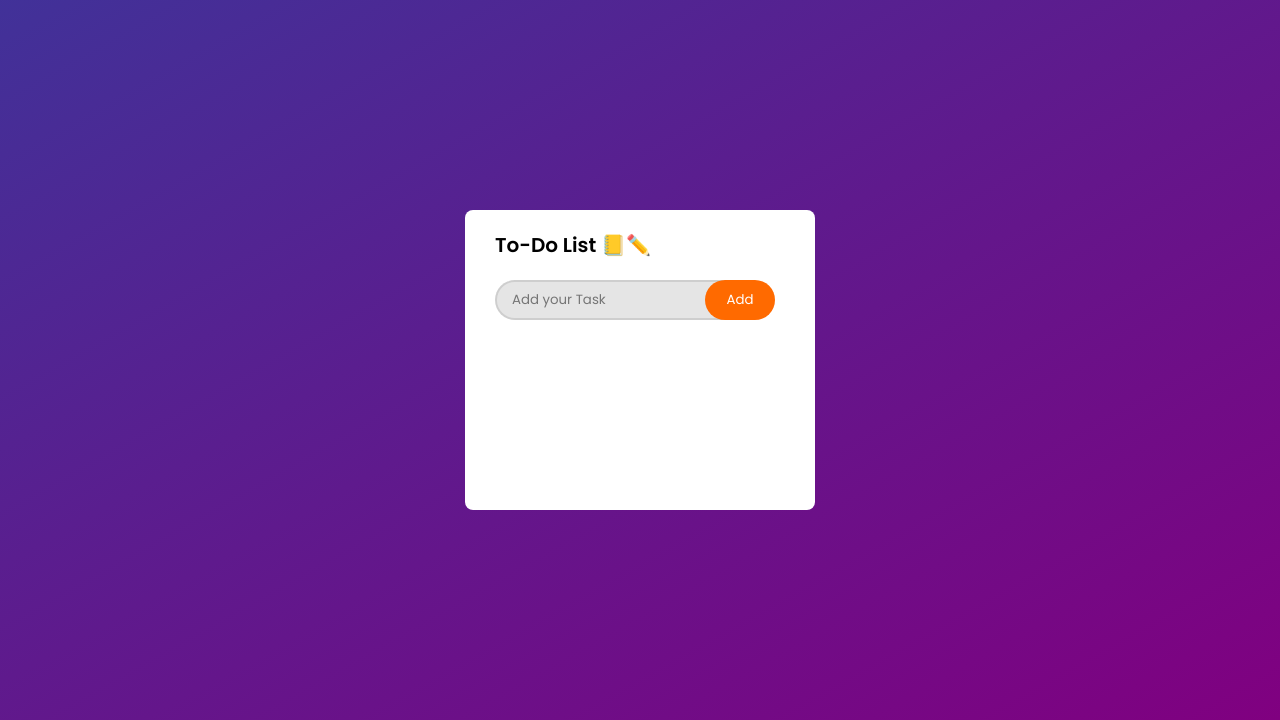
Repository: Ankitkr2021/To-Do-List
Page: index.html
The author's editor kept a copy of each file at every save. The page is drawn from the files as they stood at one save, then again after the next save.
The browser window is 1280 px wide. The pictures show the whole page.

Above is the page before, as saved 2025-10-03 11:27:48.

After the next save:
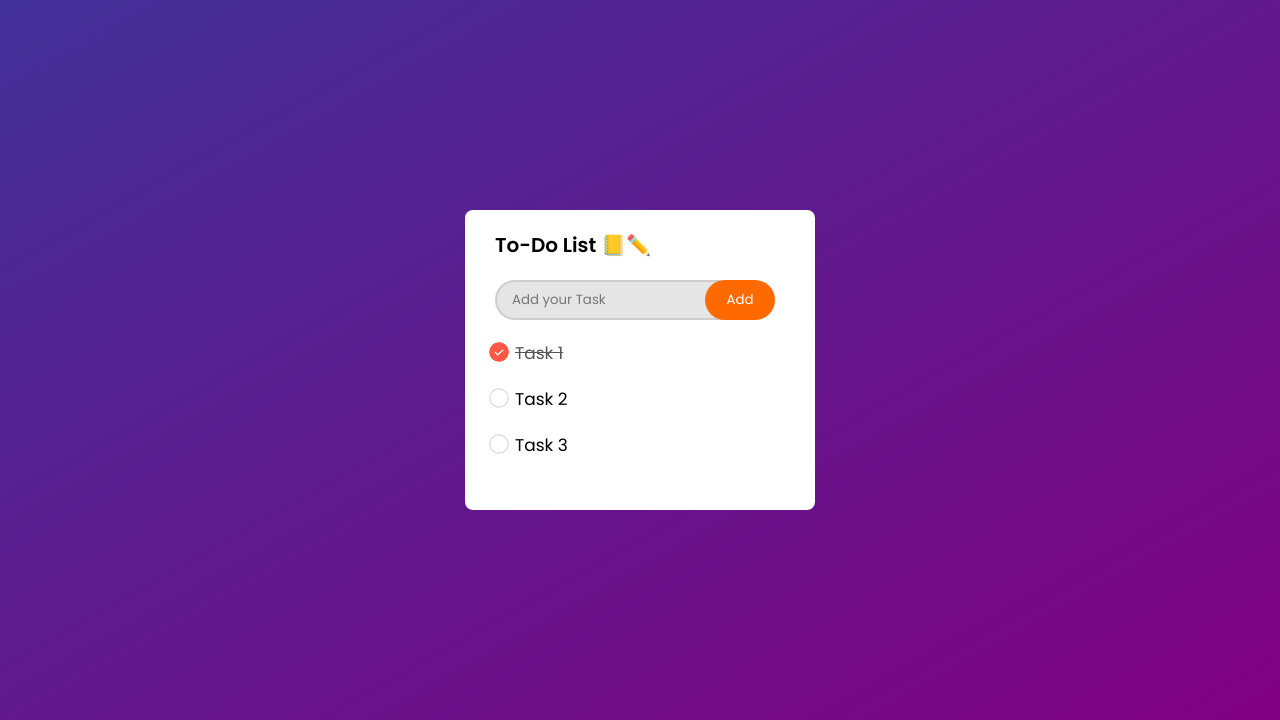
Saved 99 s later.
--- a/index.html
+++ b/index.html
@@ -14,9 +14,9 @@
         <button onclick="addTask()">Add</button>
         </div>
         <ul id="list-container">
-            <!-- <li class="checked">Task 1</li>
+            <li class="checked">Task 1</li>
             <li>Task 2</li>
-            <li>Task 3</li> -->
+            <li>Task 3</li>
         </ul>
     </div>
     <script src="script.js"></script>

After the save that followed:
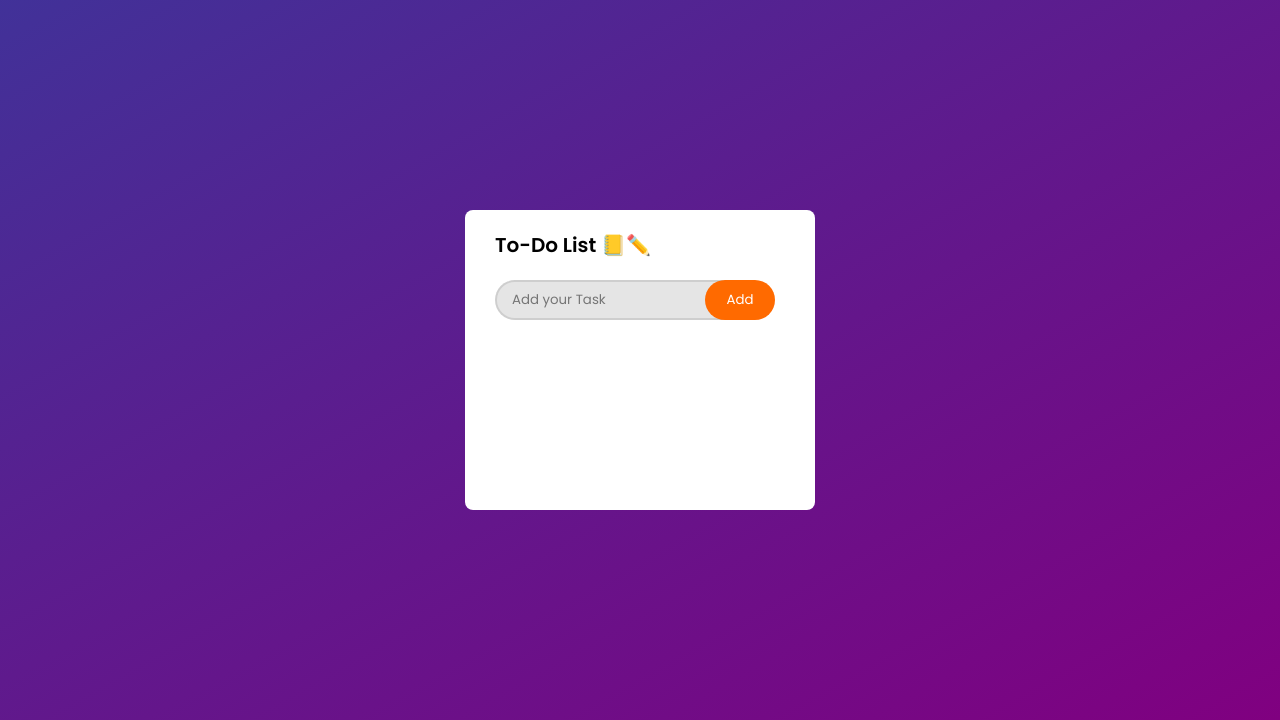
Saved 5 s later.
--- a/index.html
+++ b/index.html
@@ -14,9 +14,9 @@
         <button onclick="addTask()">Add</button>
         </div>
         <ul id="list-container">
-            <li class="checked">Task 1</li>
+            <!-- <li class="checked">Task 1</li>
             <li>Task 2</li>
-            <li>Task 3</li>
+            <li>Task 3</li> -->
         </ul>
     </div>
     <script src="script.js"></script>
